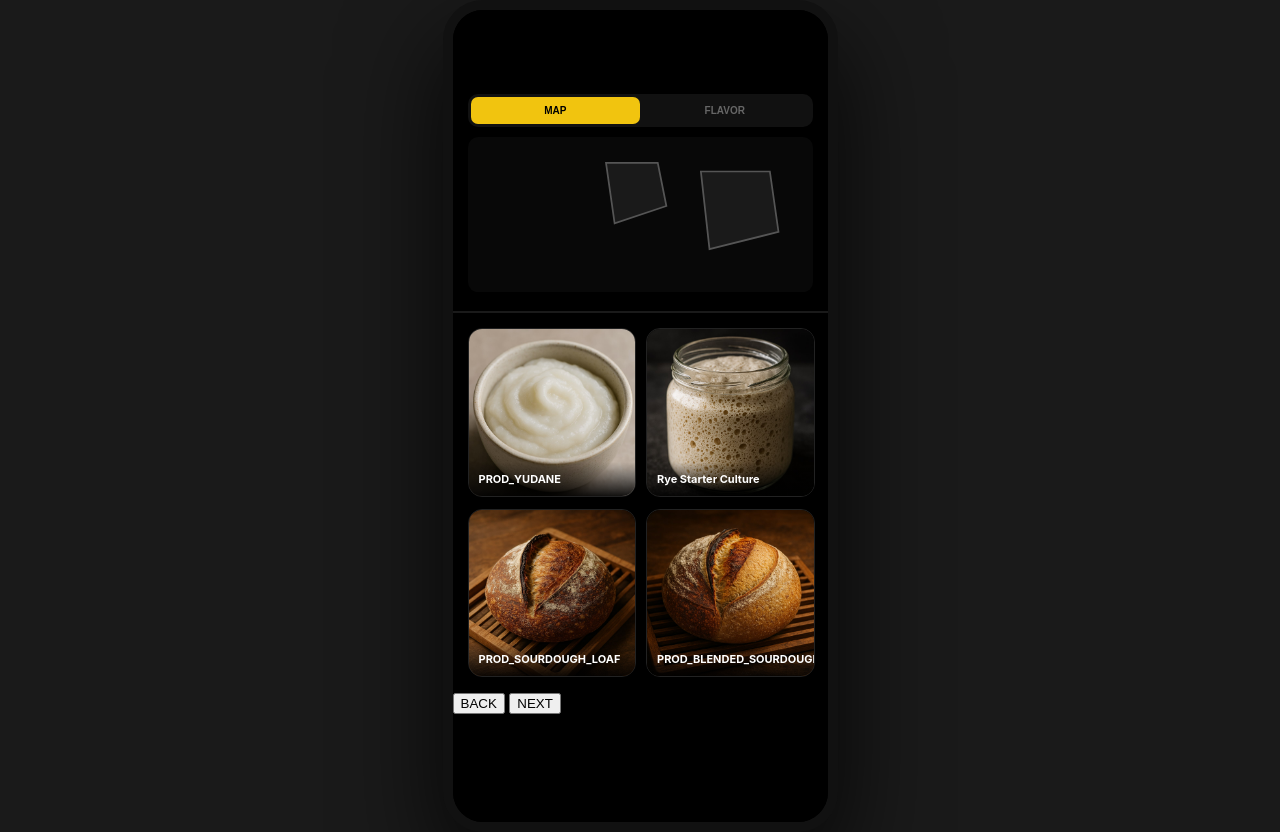
Repository: dkg11hu/baking-core
Page: index.html
An editor plug-in stored every save of this project. The page is shown before and after the next save, followed by the edit.
The browser window is 1280 px wide. The pictures show the whole page.

Above is the page before, as saved 2026-01-02 20:17:35.

### index.html
<!DOCTYPE html>
<html lang="en">
<head>
    <meta charset="UTF-8">
    <link rel="icon" href="data:[embedded picture, 216 characters]">
    <meta name="viewport" content="width=device-width, initial-scale=1.0, maximum-scale=1.0, user-scalable=no">
    <title>Baking Core | XS Driver</title>
    <link rel="stylesheet" href="style.css">
</head>
<body>
    <div class="iphone-xs">
        <div class="notch"></div>
        <div class="screen-content">
            <section id="browser-view">
                <div class="sticky-header">
                    <h1 class="brand-title">Baking Core</h1>
                    <div id="graphical-selector"></div>
                    <div id="filter-chips" class="chip-container"></div>
                </div>
                <div id="tile-grid" class="tile-grid"></div>
            </section>
            <section id="workflow-view" class="hidden">
                <div id="media-stage" class="media-container"></div>
                <div class="content-stage">
                    <div id="step-metadata"></div>
                    <div id="step-description"></div>
                </div>
                <div class="stepper-controls">
                    <button class="btn-nav" onclick="changeStep(-1)">BACK</button>
                    <button class="btn-nav primary" onclick="changeStep(1)">NEXT</button>
                </div>
            </section>
        </div>
        <div class="home-indicator"></div>
    </div>
    <script type="module" src="app.js"></script>
</body>
</html>

### style.css
:root {
    --primary: #f1c40f;
    --bg: #000000;
    --surface: #121212;
    --text: #ffffff;
    --phone-w: 375px;
    --phone-h: 812px;
}

body {
    margin: 0; background: #1a1a1a; display: flex; justify-content: center;
    align-items: center; min-height: 100vh; overflow: hidden;
    font-family: -apple-system, BlinkMacSystemFont, "Segoe UI", Roboto, sans-serif;
}

/* --- HARDWARE --- */
.iphone-xs {
    width: var(--phone-w); height: var(--phone-h); background: #000;
    border-radius: 40px; position: relative; border: 10px solid #111;
    overflow: hidden; box-shadow: 0 40px 100px rgba(0,0,0,0.8);
}

.notch {
    position: absolute; top: 0; left: 50%; transform: translateX(-50%);
    width: 170px; height: 30px; background: #000; z-index: 1000;
    border-bottom-left-radius: 18px; border-bottom-right-radius: 18px;
}

.screen-content {
    width: 100%; height: 100%; background: var(--bg);
    display: flex; flex-direction: column; overflow-y: auto; overflow-x: hidden;
}

/* --- UI ELEMENTS --- */
#graphical-selector { padding: 15px; border-bottom: 2px solid #1a1a1a; }

.selector-tabs { display: flex; background: #111; padding: 3px; border-radius: 10px; margin-bottom: 10px; }
.tab-btn {
    flex: 1; background: transparent; border: none; color: #666; padding: 8px;
    font-size: 10px; font-weight: 800; border-radius: 7px; cursor: pointer;
}
.tab-btn.active { background: var(--primary); color: #000; }

/* --- MAP --- */
.map-region { fill: #1a1a1a; stroke: #555; stroke-width: 2; transition: 0.3s; }
.map-region.active { fill: var(--primary); stroke: #fff; filter: drop-shadow(0 0 8px var(--primary)); }

/* --- FLAVOR WHEEL --- */
.flavor-matrix-container { width: 100%; display: block; padding: 10px 0; }
.matrix-labels { display: flex; justify-content: space-between; color: #fff; font-size: 9px; font-weight: bold; }
.flavor-plot {
    width: 100%; aspect-ratio: 1/1; background: #080808; border: 1px solid #333;
    position: relative; margin-top: 5px; border-radius: 8px;
}
.axis-x { position: absolute; bottom: 50%; width: 100%; height: 1px; background: #444; }
.axis-y { position: absolute; left: 50%; height: 100%; width: 1px; background: #444; }
.flavor-dot {
    position: absolute; width: 12px; height: 12px; background: var(--primary);
    border-radius: 50%; transform: translate(-50%, 50%); cursor: pointer; z-index: 10;
}

/* --- TILES --- */
.tile-grid { display: grid; grid-template-columns: repeat(2, 1fr); gap: 12px; padding: 15px; }
.tile {
    width: 100%; aspect-ratio: 1/1; position: relative; overflow: hidden;
    border-radius: 14px; background: var(--surface); border: 1px solid #222;
}
.tile img { width: 100%; height: 100%; object-fit: cover; }
.tile-label {
    position: absolute; bottom: 0; width: 100%; padding: 10px;
    background: linear-gradient(transparent, rgba(0,0,0,0.9)); color: #fff; font-size: 11px;
}

/* --- TOOLTIP --- */
.ui-tooltip {
    position: absolute; display: none; padding: 6px 12px; background: #fff;
    color: #000; font-size: 10px; font-weight: 800; border-radius: 4px;
    pointer-events: none; z-index: 9999; text-transform: uppercase;
}

.fallback-ui {
    width: 100%;
    height: 100%;
    background: #050505;
    display: flex;
    flex-direction: column;
    justify-content: center;
    align-items: center;
    color: var(--primary);
    font-size: 10px;
    letter-spacing: 1px;
    text-transform: uppercase;
}

.artisan-loader {
    width: 40px;
    height: 40px;
    border: 2px solid #222;
    border-top: 2px solid var(--primary);
    border-radius: 50%;
    margin-bottom: 15px;
    animation: spin 1s linear infinite;
}

@keyframes spin {
    0% { transform: rotate(0deg); }
    100% { transform: rotate(360deg); }
}

.tool-tags {
    display: flex;
    gap: 8px;
    margin-top: 10px;
    flex-wrap: wrap;
}

.tag {
    background: #222;
    color: var(--primary);
    font-size: 9px;
    padding: 4px 8px;
    border-radius: 4px;
    border: 1px solid #333;
    text-transform: uppercase;
    font-weight: bold;
}

.step-counter {
    font-size: 9px;
    color: var(--primary);
    letter-spacing: 2px;
    margin-bottom: 5px;
    font-weight: 900;
}

.tool-tags {
    display: flex;
    gap: 6px;
    margin-top: 15px;
}

.tag {
    background: #1a1a1a;
    color: #888;
    font-size: 8px;
    padding: 4px 8px;
    border-radius: 4px;
    border: 1px solid #333;
    text-transform: uppercase;
}

.fallback-ui {
    height: 210px;
    background: #080808;
    display: flex;
    flex-direction: column;
    justify-content: center;
    align-items: center;
    color: #444;
    font-size: 10px;
    border-bottom: 1px solid #1a1a1a;
}

.step-indicator {
    font-size: 9px;
    letter-spacing: 2px;
    color: var(--primary);
    margin-bottom: 8px;
    font-weight: 900;
}

.tool-tags {
    display: flex;
    gap: 8px;
    margin-top: 15px;
    flex-wrap: wrap;
}

.tag {
    background: #111;
    color: #666;
    font-size: 8px;
    padding: 4px 10px;
    border-radius: 4px;
    border: 1px solid #222;
    text-transform: uppercase;
}

.fallback-ui {
    width: 100%;
    height: 210px;
    background: radial-gradient(circle, #0a0a0a 0%, #000 100%);
    display: flex;
    flex-direction: column;
    justify-content: center;
    align-items: center;
    color: #444;
    font-size: 10px;
    border-bottom: 1px solid #1a1a1a;
}

.step-counter {
    font-size: 9px;
    color: var(--primary);
    letter-spacing: 2.5px;
    margin-bottom: 8px;
    font-weight: 900;
    text-transform: uppercase;
}

.tool-tags {
    display: flex;
    gap: 6px;
    margin-top: 15px;
    flex-wrap: wrap;
}

.tag {
    background: #1a1a1a;
    color: #888;
    font-size: 8px;
    padding: 4px 10px;
    border-radius: 4px;
    border: 1px solid #333;
    text-transform: uppercase;
    font-weight: bold;
}

.fallback-ui {
    width: 100%;
    height: 210px;
    background: radial-gradient(circle, #0a0a0a 0%, #000 100%);
    display: flex;
    flex-direction: column;
    justify-content: center;
    align-items: center;
    color: #444;
    font-size: 10px;
    border-bottom: 1px solid #1a1a1a;
}

### src/UI/State.mjs
export const State = {
    ssot: null,
    locale: null,
    currentId: null,
    currentStepIdx: 0,

    async init() {
        const [sRes, lRes] = await Promise.all([
            fetch('./data/Store/Registry/definitions.json'),
            fetch('./data/Store/Locale/en.json')
        ]);
        this.ssot = await sRes.json();
        this.locale = await lRes.json();
        return { ssot: this.ssot, locale: this.locale };
    }
};

### src/UI/Driver.mjs
export const Driver = {
    currentIndex: 0,
    steps: [],

    start(id, ssot, locale) {
        const entity = ssot.registry[id];
        const techRefs = entity.technology_ref || [];

        // Traverse Technologies -> Steps
        this.steps = [];
        techRefs.forEach(ref => {
            const techData = ssot.technologies[ref];
            if (techData && techData.steps) {
                Object.entries(techData.steps).forEach(([key, val]) => {
                    this.steps.push({ id: key, ...val });
                });
            }
        });

        if (this.steps.length === 0) return console.error("No steps found");

        this.currentIndex = 0;
        this.render(locale);
    },

    render(locale) {
        const step = this.steps[this.currentIndex];
        const screen = document.querySelector('.screen-content');
        if (!step || !screen) return;

        // Use the 'video' field directly from your definitions.json
        const videoPath = step.video || '';
        const stepName = locale[step.id] || step.id;

        screen.innerHTML = `
            <div class="media-container">
                <video src="${videoPath}" autoplay loop muted playsinline
                       onerror="this.style.display='none'; this.nextElementSibling.style.display='flex';">
                </video>
                <div class="fallback-ui" style="display:none;">
                    <div class="artisan-loader"></div>
                    <span>Missing: ${step.id}</span>
                </div>
            </div>
            <div class="content-stage">
                <div class="step-counter">STEP ${this.currentIndex + 1} OF ${this.steps.length}</div>
                <h2>${stepName}</h2>
                <div class="tool-tags">
                    ${(step.tools || []).map(t => `<span class="tag">${locale[t] || t}</span>`).join('')}
                </div>
            </div>
            <div class="stepper-controls">
                <button class="btn-nav" onclick="window.changeStep(-1)">BACK</button>
                <button class="btn-nav primary" onclick="window.changeStep(1)">
                    ${this.currentIndex === this.steps.length - 1 ? 'FINISH' : 'NEXT'}
                </button>
            </div>
        `;
    },

    move(delta, locale) {
        const next = this.currentIndex + delta;
        if (next >= 0 && next < this.steps.length) {
            this.currentIndex = next;
            this.render(locale);
        } else if (next >= this.steps.length) {
            location.reload();
        }
    }
};

### src/UI/MediaHelper.mjs
export const MediaHelper = {
    /**
     * @param {string} url - The path from definitions.json
     * @param {string} id - The Database ID (e.g., PROD_YUDANE)
     */
    safeImage(url, id) {
        // If the database field is empty or path is too short
        if (!url || url.length < 5) return this.getFallbackSVG(id);

        // Return the URL (The browser's onerror will handle physical 404s)
        return url.toLowerCase();
    },

    getFallbackSVG(label = "Baking Core") {
        const svg = `
            <svg xmlns='http://www.w3.org/2000/svg' viewBox='0 0 100 100'>
                <rect width='100' height='100' fill='#121212'/>
                <path d='M30 70 L50 30 L70 70' stroke='#f1c40f' stroke-width='2' fill='none' opacity='0.5'/>
                <text x='50%' y='85%' text-anchor='middle' fill='#555' font-size='6' font-family='monospace' letter-spacing='1'>
                    ${label.toUpperCase()}
                </text>
            </svg>`.trim();
        return `data:[embedded picture, 36 characters])}`;
    }
};

### src/UI/Map.mjs
export const MapSelection = {
    render() {
        return `
            <div class="map-container" id="view-map">
                <svg viewBox="0 0 400 180" class="interactive-map">
                    <rect width="400" height="180" fill="#080808" rx="12"/>

                    <path id="EUROPE"
                          class="map-region"
                          onmousemove="window.showHelper(event, 'Europe')"
                          onmouseleave="window.hideHelper()"
                          onclick="window.filterByTerritory('EUROPE')"
                          d="M160,30 L220,30 L230,80 L170,100 Z" />

                    <path id="ASIA"
                          class="map-region"
                          onmousemove="window.showHelper(event, 'Asia')"
                          onmouseleave="window.hideHelper()"
                          onclick="window.filterByTerritory('ASIA')"
                          d="M270,40 L350,40 L360,110 L280,130 Z" />
                </svg>
            </div>
        `;
    }
};

Loaded but not shown: data/Store/Registry/definitions.json (87 lines, source omitted); data/Store/Entities/prod_sourdough_loaf.json (15 lines, source omitted); data/Store/Entities/prod_blended_sourdough_yudane.json (15 lines, source omitted); data/Store/Locale/en.json (15 lines, source omitted); data/Store/Entities/prod_yudane.json (12 lines, source omitted); data/Store/Entities/proc_starter.json (11 lines, source omitted); app.js (64 lines, source omitted); src/UI/FlavorWheel.mjs (39 lines, source omitted); src/UI/Gallery.mjs (38 lines, source omitted)

After the next save:
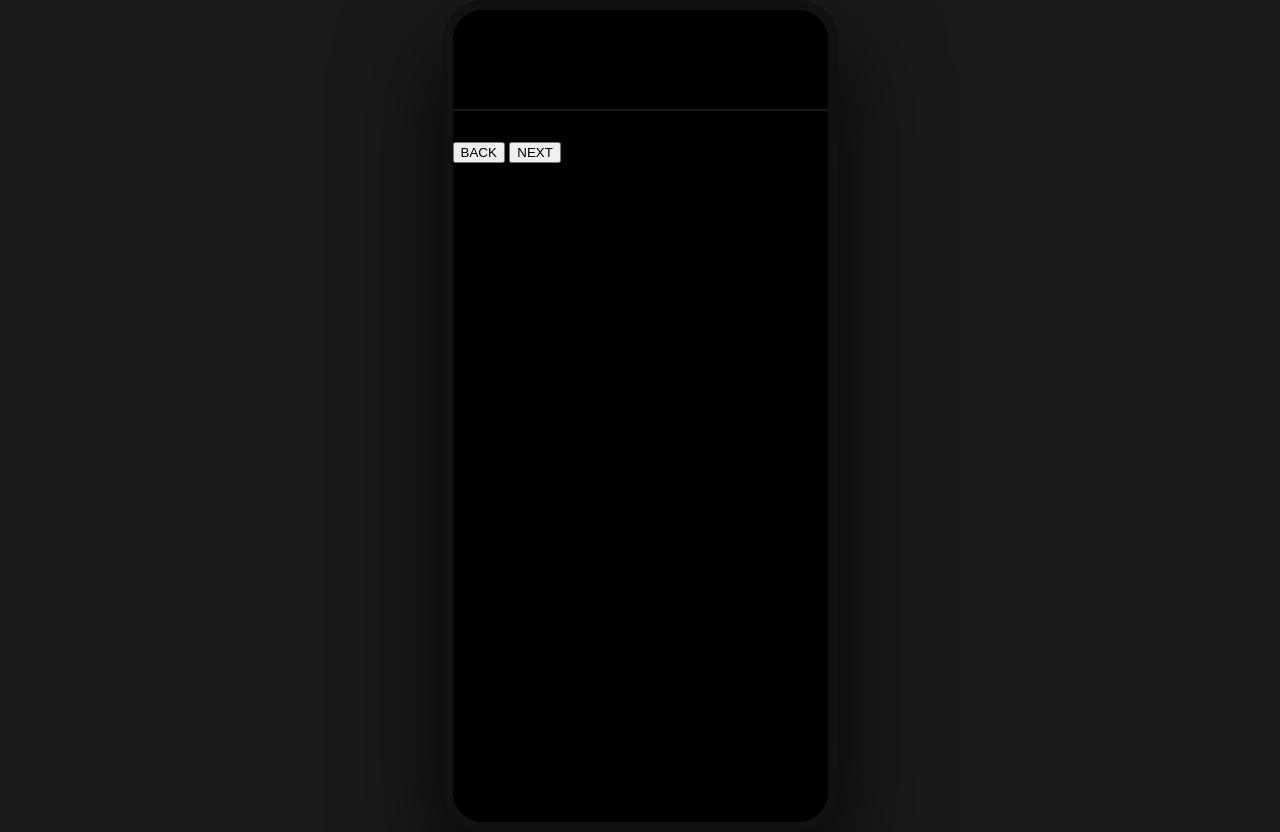
Console error: SyntaxError: Unexpected identifier 'move'
Saved 72 s later.
--- a/src/UI/Driver.mjs
+++ b/src/UI/Driver.mjs
@@ -23,40 +23,39 @@
         this.render(locale);
     },
 
-    render(locale) {
-        const step = this.steps[this.currentIndex];
-        const screen = document.querySelector('.screen-content');
-        if (!step || !screen) return;
+render(locale) {
+    const step = this.steps[this.currentIndex];
+    const screen = document.querySelector('.screen-content');
 
-        // Use the 'video' field directly from your definitions.json
-        const videoPath = step.video || '';
-        const stepName = locale[step.id] || step.id;
+    // Path pulled directly from definitions.json 'video' field
+    const videoPath = step.video || '';
+    const stepLabel = locale[step.id] || step.id;
 
-        screen.innerHTML = `
-            <div class="media-container">
-                <video src="${videoPath}" autoplay loop muted playsinline
-                       onerror="this.style.display='none'; this.nextElementSibling.style.display='flex';">
-                </video>
-                <div class="fallback-ui" style="display:none;">
-                    <div class="artisan-loader"></div>
-                    <span>Missing: ${step.id}</span>
-                </div>
+    screen.innerHTML = `
+        <div class="media-container">
+            <video src="${videoPath}" autoplay loop muted playsinline
+                   onerror="this.style.display='none'; this.nextElementSibling.style.display='flex';">
+            </video>
+            <div class="fallback-ui" style="display:none;">
+                <div class="artisan-loader"></div>
+                <span>TECH PREVIEW: ${step.id}</span>
             </div>
-            <div class="content-stage">
-                <div class="step-counter">STEP ${this.currentIndex + 1} OF ${this.steps.length}</div>
-                <h2>${stepName}</h2>
-                <div class="tool-tags">
-                    ${(step.tools || []).map(t => `<span class="tag">${locale[t] || t}</span>`).join('')}
-                </div>
+        </div>
+        <div class="content-stage">
+            <div class="step-indicator">STEP ${this.currentIndex + 1} OF ${this.steps.length}</div>
+            <h2>${stepLabel}</h2>
+            <div class="tool-tags">
+                ${(step.tools || []).map(tool => `<span class="tag">${locale[tool] || tool}</span>`).join('')}
             </div>
-            <div class="stepper-controls">
-                <button class="btn-nav" onclick="window.changeStep(-1)">BACK</button>
-                <button class="btn-nav primary" onclick="window.changeStep(1)">
-                    ${this.currentIndex === this.steps.length - 1 ? 'FINISH' : 'NEXT'}
-                </button>
-            </div>
-        `;
-    },
+        </div>
+        <div class="stepper-controls">
+            <button class="btn-nav" onclick="window.changeStep(-1)">BACK</button>
+            <button class="btn-nav primary" onclick="window.changeStep(1)">
+                ${this.currentIndex === this.steps.length - 1 ? 'FINISH' : 'NEXT'}
+            </button>
+        </div>
+    `;
+}
 
     move(delta, locale) {
         const next = this.currentIndex + delta;

After the 2 saves that followed:
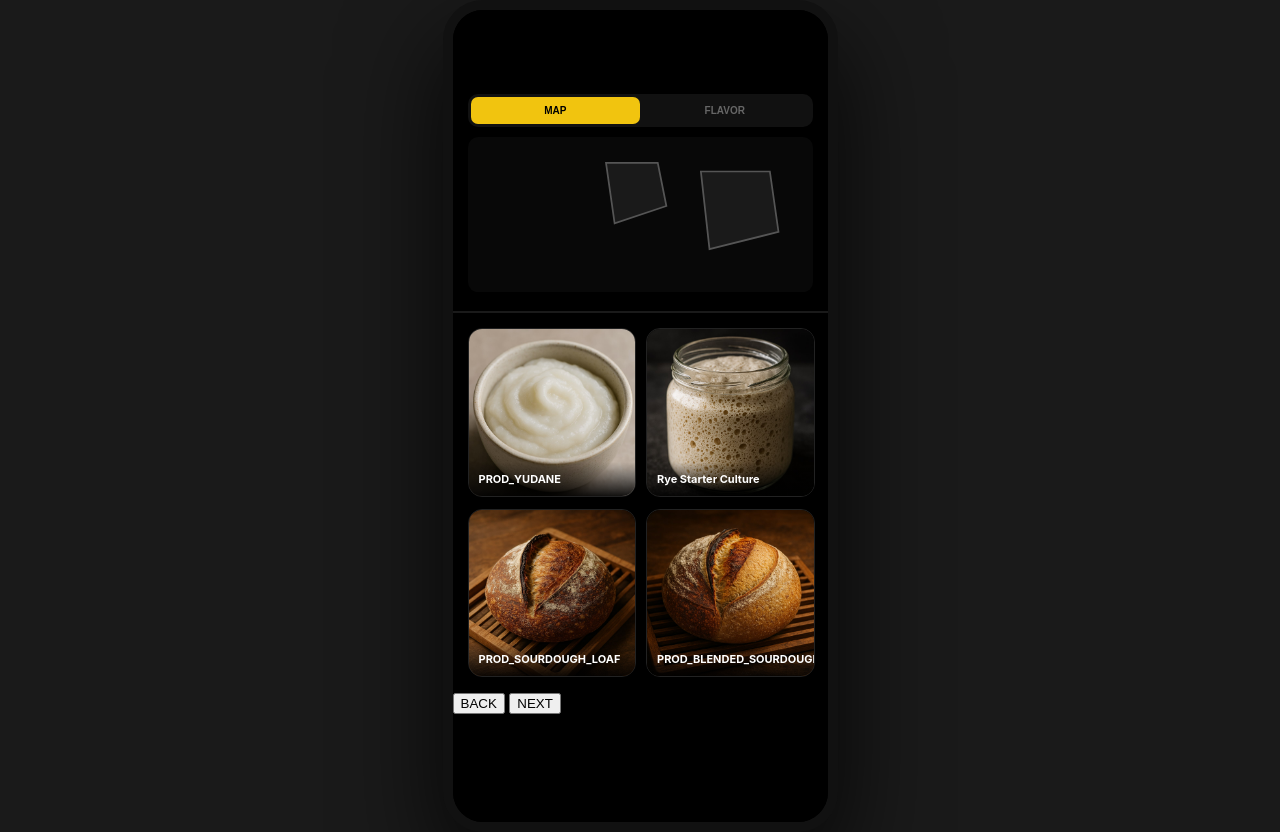
The error is gone.
The 2 saves are shown as one change because 1 left the picture as it was.
The last was saved 44 s later.
--- a/src/UI/Driver.mjs
+++ b/src/UI/Driver.mjs
@@ -23,39 +23,39 @@
         this.render(locale);
     },
 
-render(locale) {
-    const step = this.steps[this.currentIndex];
-    const screen = document.querySelector('.screen-content');
+    render(locale) {
+        const step = this.steps[this.currentIndex];
+        const screen = document.querySelector('.screen-content');
 
-    // Path pulled directly from definitions.json 'video' field
-    const videoPath = step.video || '';
-    const stepLabel = locale[step.id] || step.id;
+        // Path pulled directly from definitions.json 'video' field
+        const videoPath = step.video || '';
+        const stepLabel = locale[step.id] || step.id;
 
-    screen.innerHTML = `
-        <div class="media-container">
-            <video src="${videoPath}" autoplay loop muted playsinline
-                   onerror="this.style.display='none'; this.nextElementSibling.style.display='flex';">
-            </video>
-            <div class="fallback-ui" style="display:none;">
-                <div class="artisan-loader"></div>
-                <span>TECH PREVIEW: ${step.id}</span>
+        screen.innerHTML = `
+            <div class="media-container">
+                <video src="${videoPath}" autoplay loop muted playsinline
+                    onerror="this.style.display='none'; this.nextElementSibling.style.display='flex';">
+                </video>
+                <div class="fallback-ui" style="display:none;">
+                    <div class="artisan-loader"></div>
+                    <span>TECH PREVIEW: ${step.id}</span>
+                </div>
             </div>
-        </div>
-        <div class="content-stage">
-            <div class="step-indicator">STEP ${this.currentIndex + 1} OF ${this.steps.length}</div>
-            <h2>${stepLabel}</h2>
-            <div class="tool-tags">
-                ${(step.tools || []).map(tool => `<span class="tag">${locale[tool] || tool}</span>`).join('')}
+            <div class="content-stage">
+                <div class="step-indicator">STEP ${this.currentIndex + 1} OF ${this.steps.length}</div>
+                <h2>${stepLabel}</h2>
+                <div class="tool-tags">
+                    ${(step.tools || []).map(tool => `<span class="tag">${locale[tool] || tool}</span>`).join('')}
+                </div>
             </div>
-        </div>
-        <div class="stepper-controls">
-            <button class="btn-nav" onclick="window.changeStep(-1)">BACK</button>
-            <button class="btn-nav primary" onclick="window.changeStep(1)">
-                ${this.currentIndex === this.steps.length - 1 ? 'FINISH' : 'NEXT'}
-            </button>
-        </div>
-    `;
-}
+            <div class="stepper-controls">
+                <button class="btn-nav" onclick="window.changeStep(-1)">BACK</button>
+                <button class="btn-nav primary" onclick="window.changeStep(1)">
+                    ${this.currentIndex === this.steps.length - 1 ? 'FINISH' : 'NEXT'}
+                </button>
+            </div>
+        `;
+    },
 
     move(delta, locale) {
         const next = this.currentIndex + delta;
